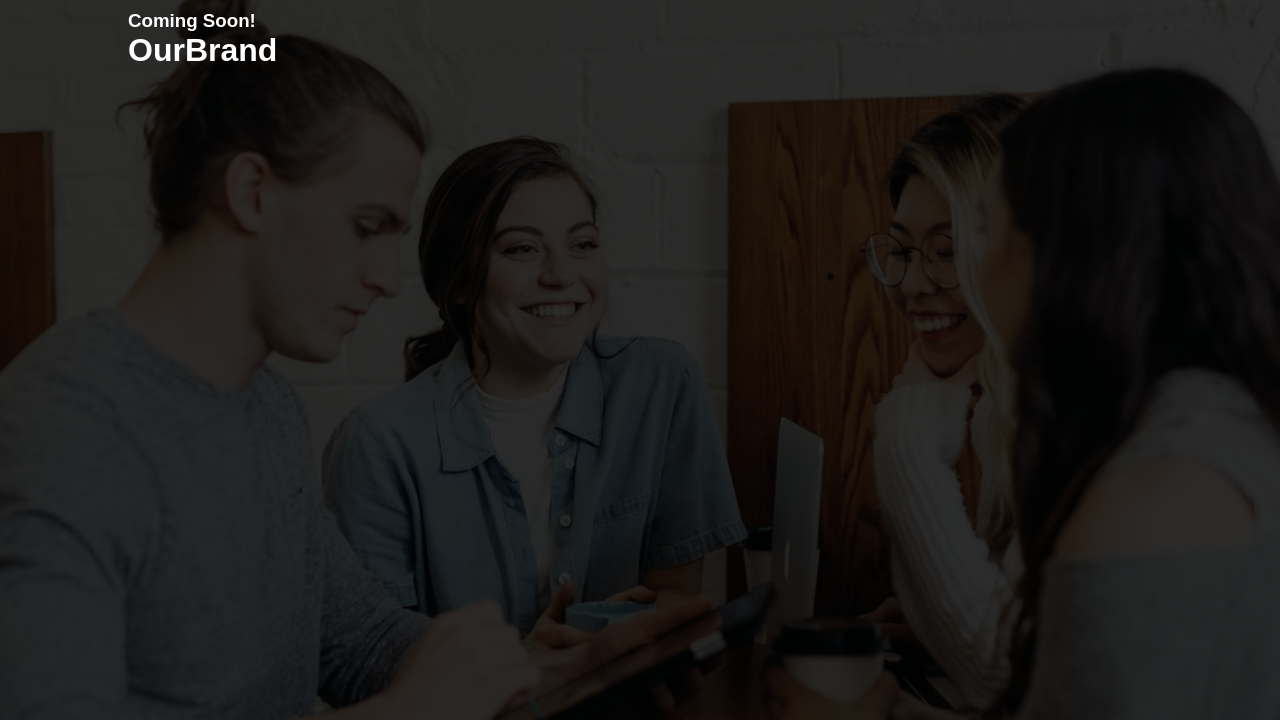
Repository: AbdullahOwais-Dev/Email-Subscription
Page: index.html
An editor plug-in stored every save of this project. The page is shown before and after a run of saves, followed by the edit.
The browser window is 1280 px wide. The pictures show the whole page.

Above is the page before, as saved 2025-02-07 23:33:48.

### index.html
<!DOCTYPE html>
<html lang="en">
<head>
    <meta charset="UTF-8">
    <meta name="viewport" content="width=device-width, initial-scale=1.0">
    <link rel="stylesheet" href="style.css">
    <link rel="shortcut icon" href="images/icon.png" type="image/x-icon">
    <title>Email Subscription</title>
</head>
<body>

    <div class="hero">
        <h3>Coming Soon!</h3>
        <h1>OurBrand</h1>
    </div>


    <style>

    </style>
</body>
</html>

### style.css
*{
    margin: 0;
    padding: 0;
    box-sizing: border-box;
    font-family: 'poppins', sans-serif;
}
.hero{
    width: 100%;
    height: 100vh;
    background-image: linear-gradient(rgba(0,0,0,0.8), rgba(0,0,0,0.8)), url(images/background.png);
    background-size: cover;
    background-position: center;
    padding: 10px 10%;
    color: #fff;
}

After the next 4 saves:
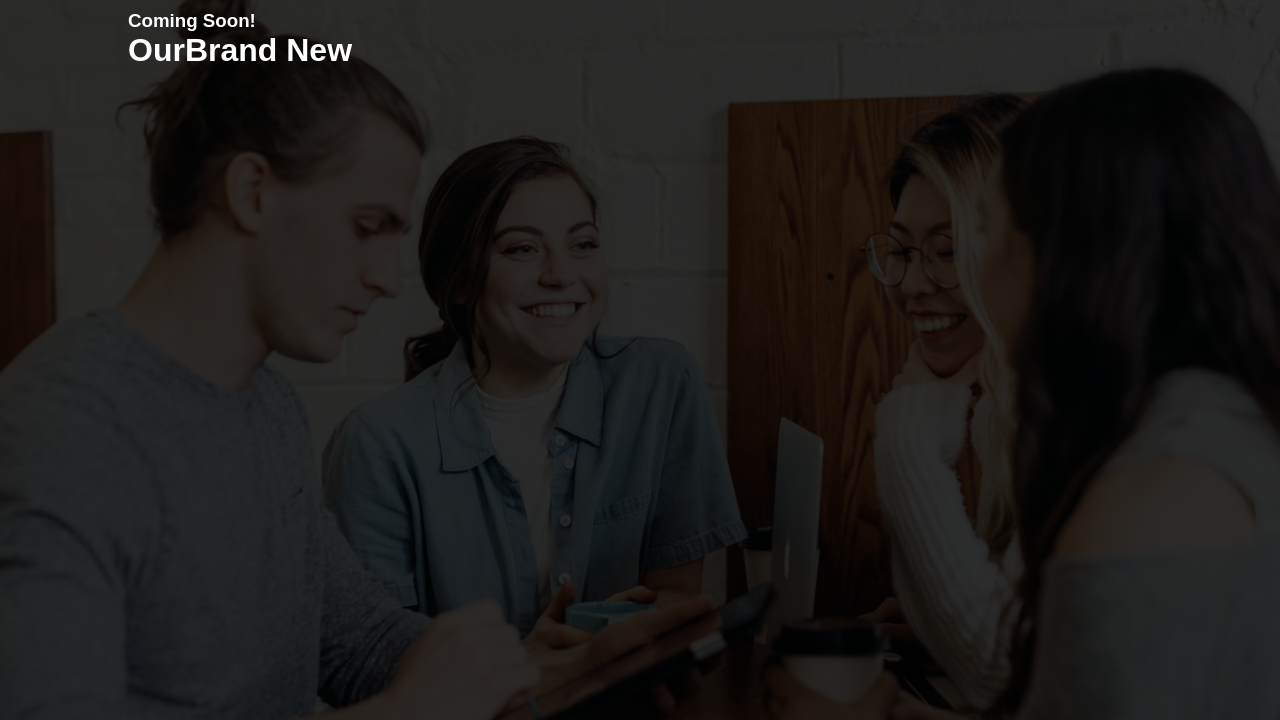
The 4 saves are shown as one change because they came seconds apart.
The last was saved 9 s later.
--- a/index.html
+++ b/index.html
@@ -11,7 +11,7 @@
 
     <div class="hero">
         <h3>Coming Soon!</h3>
-        <h1>OurBrand</h1>
+        <h1>OurBrand New <br></h1>
     </div>
 
 
